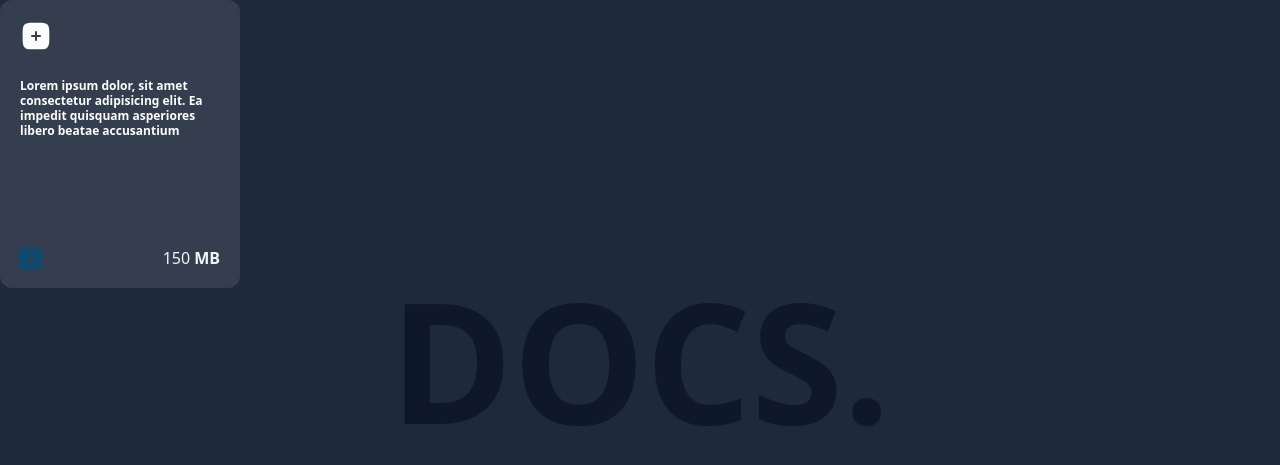
Repository: aliakbarmotallebi/framer-react
Page: /
An editor plug-in stored every save of this project. The page is shown before and after the next save, followed by the edit.
The browser window is 1280 px wide. The pictures show the whole page.
The project was rebuilt for these pictures with package versions that can differ from the ones it lists, and the page was loaded fresh each time.

Above is the page before, as saved 2024-08-14 22:47:35.

After the next save:
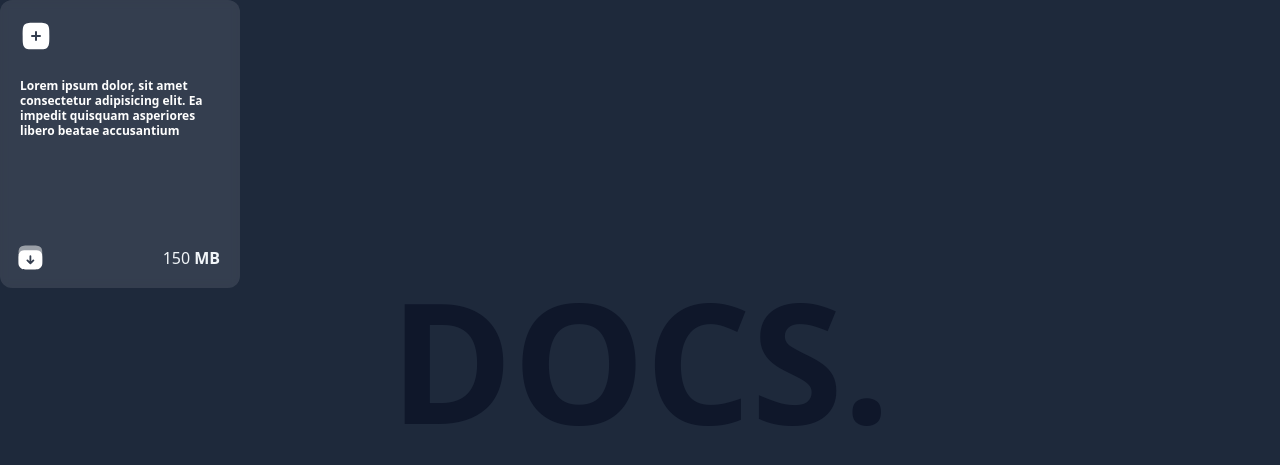
Saved 26 s later.
--- a/src/components/Card.jsx
+++ b/src/components/Card.jsx
@@ -12,9 +12,9 @@ class Card extends Component {
                     Lorem ipsum dolor, sit amet consectetur adipisicing elit. Ea impedit quisquam asperiores libero beatae accusantium
                 </p>
                 <div className="footer absolute bottom-0 w-full py-2 left-0">
-                    <button className="text-sky-900 p-2 font-medium w-full">
+                    <button className="text-white p-2 font-medium w-full">
                         <div className="flex justify-between items-center w-full px-2">
-                        <svg xmlns="http://www.w3.org/2000/svg" width="1.8em" height="1.8em"  viewBox="0 0 24 24"><path fill="currentColor" d="M12 2c4.713 0 7.07 0 8.535 1.464c.757.758 1.123 1.754 1.3 3.192V10H2.164V6.656c.176-1.438.541-2.434 1.299-3.192C4.928 2 7.285 2 11.999 2" opacity="0.5"/><path fill="currentColor" fill-rule="evenodd" d="M2 14c0-2.8 0-4.2.545-5.27A5 5 0 0 1 4.73 6.545C5.8 6 7.2 6 10 6h4c2.8 0 4.2 0 5.27.545a5 5 0 0 1 2.185 2.185C22 9.8 22 11.2 22 14s0 4.2-.545 5.27a5 5 0 0 1-2.185 2.185C18.2 22 16.8 22 14 22h-4c-2.8 0-4.2 0-5.27-.545a5 5 0 0 1-2.185-2.185C2 18.2 2 16.8 2 14m10.75-3a.75.75 0 0 0-1.5 0v4.19l-1.22-1.22a.75.75 0 1 0-1.06 1.06l2.5 2.5a.75.75 0 0 0 1.06 0l2.5-2.5a.75.75 0 1 0-1.06-1.06l-1.22 1.22z" clip-rule="evenodd"/></svg>
+                        <svg xmlns="http://www.w3.org/2000/svg" width="1.8em" height="1.8em" className="fill-current" viewBox="0 0 24 24"><path fill="currentColor" d="M12 2c4.713 0 7.07 0 8.535 1.464c.757.758 1.123 1.754 1.3 3.192V10H2.164V6.656c.176-1.438.541-2.434 1.299-3.192C4.928 2 7.285 2 11.999 2" opacity="0.5"/><path fill="currentColor" fill-rule="evenodd" d="M2 14c0-2.8 0-4.2.545-5.27A5 5 0 0 1 4.73 6.545C5.8 6 7.2 6 10 6h4c2.8 0 4.2 0 5.27.545a5 5 0 0 1 2.185 2.185C22 9.8 22 11.2 22 14s0 4.2-.545 5.27a5 5 0 0 1-2.185 2.185C18.2 22 16.8 22 14 22h-4c-2.8 0-4.2 0-5.27-.545a5 5 0 0 1-2.185-2.185C2 18.2 2 16.8 2 14m10.75-3a.75.75 0 0 0-1.5 0v4.19l-1.22-1.22a.75.75 0 1 0-1.06 1.06l2.5 2.5a.75.75 0 0 0 1.06 0l2.5-2.5a.75.75 0 1 0-1.06-1.06l-1.22 1.22z" clip-rule="evenodd"/></svg>
                             <h5 className="text-slate-100 ml-auto">
                                 150
                                 <span className="font-bold px-1">
